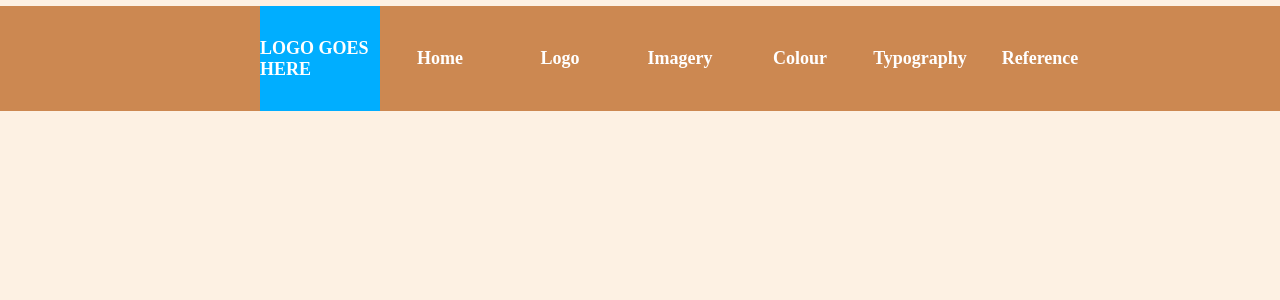
Repository: anagarango/fridgygostyle
Page: htmls/imagery.html
These files come from the project's save history. The page is drawn as it stood at one moment and after the next save; the edit follows.
The browser window is 1280 px wide. The pictures show the whole page.

Above is the page before, as saved 2022-03-22 21:54:12.

After the next save:
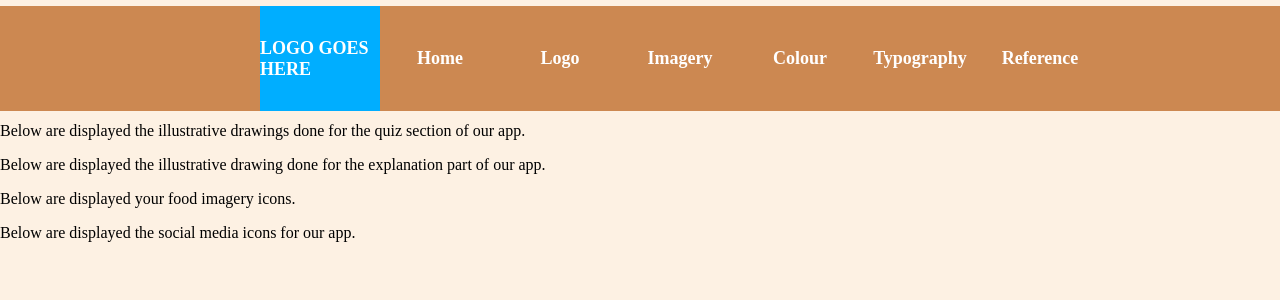
Saved 11 min 24 s later.
--- a/htmls/imagery.html
+++ b/htmls/imagery.html
@@ -65,10 +65,26 @@
     </ul>
     <div class="welcomeblob">
     </div>
- <div class= "imagery">
-     <h1>Imagery</h1>
-     <h2>We have devide</h2>
+     <div class= "imagery">
+        <h1>Imagery</h1>
+        <p> We have divided our imagery elements into four categories to express the separation of these elements for their corresponding area. </p>
+    </div>
+    <hr>
+    <div class="people_section">
+    <p> Below are displayed the illustrative drawings done for the quiz section of our app.</p>
+
+    </div>
+    <div class="fridge_section">
+ <p>Below are displayed the illustrative drawing done for the explanation  part of our app.</p>
+
  </div>
+ <div class="food_icon_section">
+ <p> Below are displayed your food imagery icons.</p>
 
+</div>
+
+<div class="social_icon_section">
+<p>Below are displayed the social media icons for our app.</p>
+</div>
 </body>
 </html>
